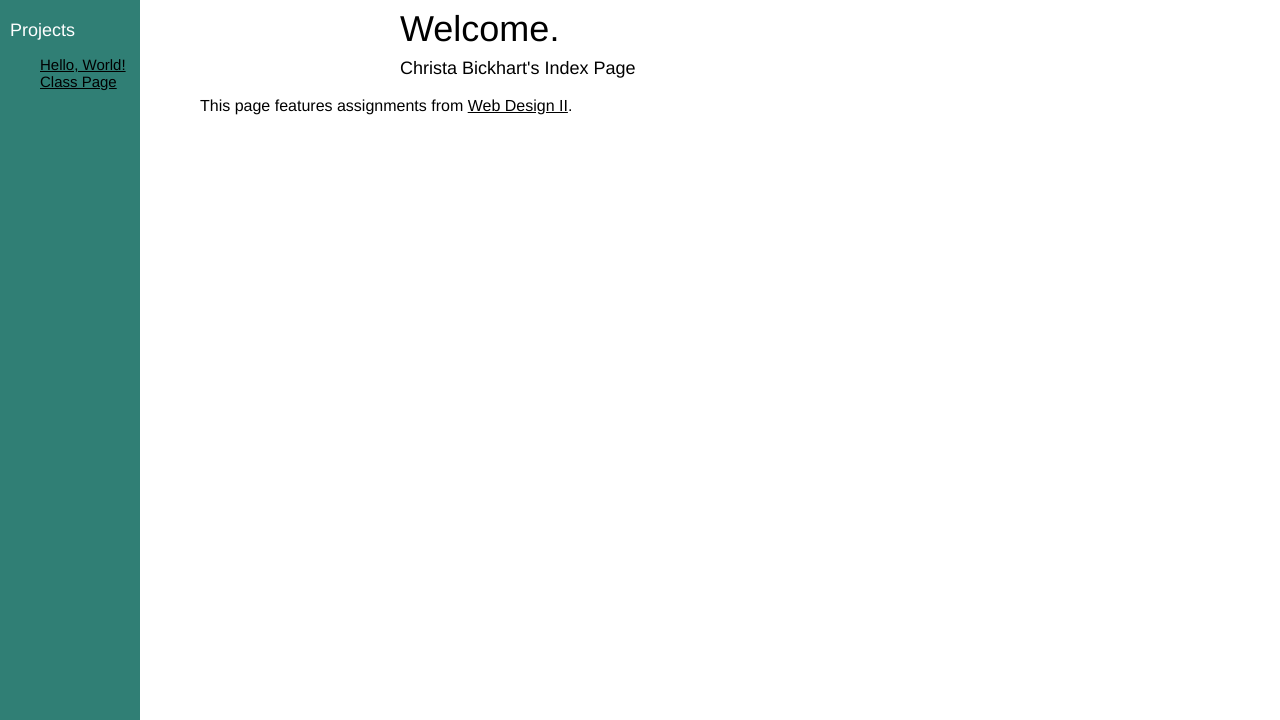
Repository: cbickhar/cbickhar.github.io
Page: index.html
The author's editor kept a record of every edit. The page is drawn from the files as they stood at one moment, then again after the next edit.
The browser window is 1280 px wide. The pictures show the whole page.

Above is the page before.

After the next edit:
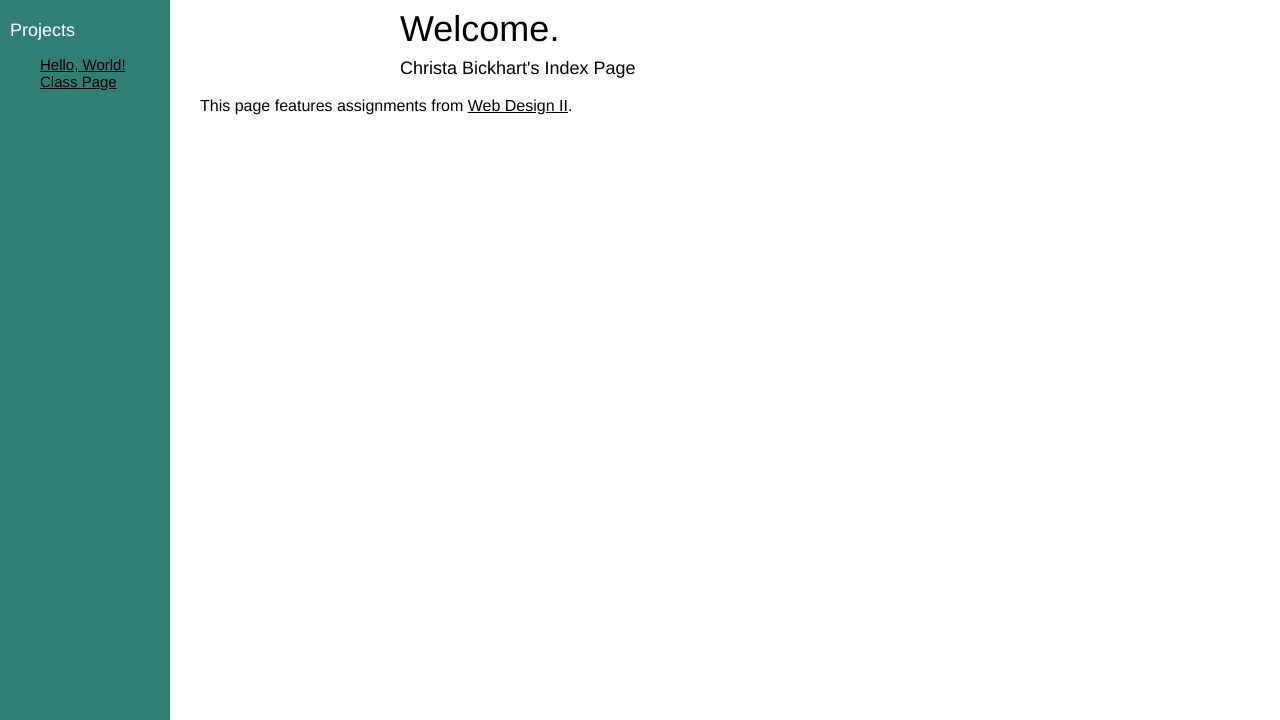
The edit:
--- a/styles.css
+++ b/styles.css
@@ -45,7 +45,7 @@
 	position: fixed;
 	background-color: #307f75;
 	color: white;
-	width: 140px;
+	width: 170px;
 	height: 100%;
 	top: 0px;
 	left: 0px;
